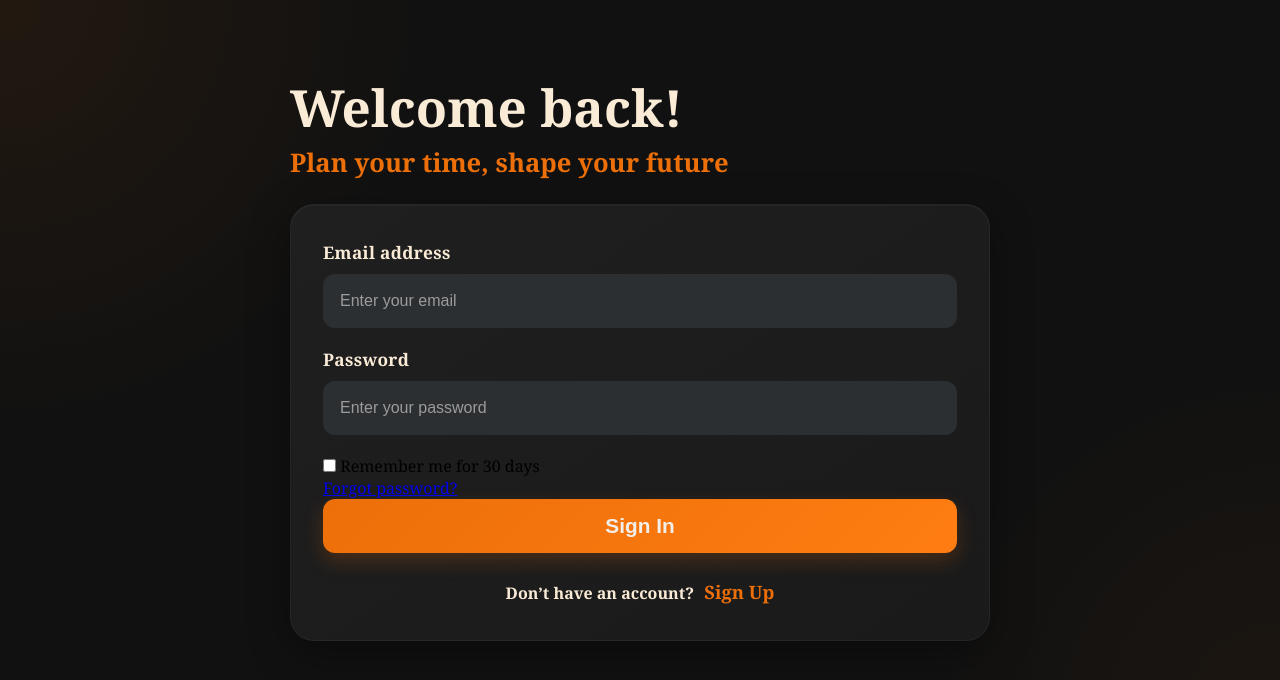
Repository: HaifaBaderBinDuhaim/web
Page: Frontend/logIn.html
The author's editor kept a copy of each file at every save. The page is drawn from the files as they stood at one save, then again after the next save.
The browser window is 1280 px wide. The pictures show the whole page.

Above is the page before, as saved 2026-04-10 20:53:21.

### Frontend/logIn.html
<!doctype html>
<html lang="en">
  <head>
    <meta charset="UTF-8" />
    <meta name="viewport" content="width=device-width, initial-scale=1.0" />
    <title>Smart Study Planner - Login</title>
    <link rel="stylesheet" href="styleLogin.css" />
  </head>
  <body class="body">
    <article class="register">
      <div class="heading">
        <h1 class="header1">Welcome back!</h1>
        <h3 class="quote">Plan your time, shape your future</h3>
      </div>

      <section class="background">
        <form class="form">
          <div class="input-group">
            <label for="email" class="labels">Email address</label>
            <input
              id="email"
              name="email"
              type="email"
              placeholder="Enter your email"
              class="whiteButton"
            />
          </div>

          <div class="input-group">
            <label for="password" class="labels">Password</label>
            <input
              id="password"
              name="password"
              type="password"
              placeholder="Enter your password"
              class="whiteButton"
            />
          </div>

          <div class="options-row">
            <div class="remember-box">
              <input type="checkbox" id="reminder" />
              <label for="reminder" class="remember-text"
                >Remember me for 30 days</label
              >
            </div>

            <a href="#" class="forgot-password">Forgot password?</a>
          </div>

          <button type="button" class="button" onclick="goToPage()">
            Sign In
          </button>
        </form>

        <h5 class="account-text">
          Don’t have an account?
          <a href="register.html" target="_blank" class="sign-up">Sign Up</a>
        </h5>
      </section>
    </article>

    <script>
      function goToPage() {
        window.location.href = "courses2.html";
      }
    </script>
  </body>
</html>

### Frontend/styleLogin.css
* {
  margin: 0;
  padding: 0;
  box-sizing: border-box;
}

/* =========================================================
   LOGIN + REGISTER PAGES
========================================================= */
body,
.body {
  min-height: 100vh;
  display: flex;
  justify-content: center;
  align-items: center;
  background:
    radial-gradient(
      circle at top left,
      rgba(236, 111, 9, 0.08),
      transparent 30%
    ),
    radial-gradient(
      circle at bottom right,
      rgba(236, 111, 9, 0.05),
      transparent 25%
    ),
    #111111;
  padding: 40px 20px;
  font-family: Georgia, "Times New Roman", serif;
}

.register {
  width: 100%;
  max-width: 700px;
}

.heading {
  margin-bottom: 24px;
}

.header1 {
  color: antiquewhite;
  font-size: clamp(2.2rem, 4vw, 3.7rem);
  margin-bottom: 10px;
  line-height: 1.1;
}

.quote {
  color: #ec6f09;
  font-size: clamp(1.1rem, 2vw, 1.7rem);
  font-weight: 600;
}

.background {
  width: 100%;
  background: linear-gradient(145deg, #1f1f1f, #1a1a1a);
  border-radius: 24px;
  padding: 36px 32px;
  box-shadow:
    0 12px 40px rgba(0, 0, 0, 0.35),
    inset 0 1px 0 rgba(255, 255, 255, 0.03);
  border: 1px solid rgba(255, 255, 255, 0.04);
}

.form {
  width: 100%;
}

.input-group {
  margin-bottom: 20px;
}

.labels {
  display: block;
  margin-bottom: 10px;
  color: antiquewhite;
  font-weight: bold;
  font-size: 1.08rem;
  letter-spacing: 0.3px;
}

.whiteButton {
  width: 100%;
  min-height: 54px;
  background-color: #2c2f31;
  border-radius: 12px;
  border: 1px solid transparent;
  color: antiquewhite;
  padding: 0 16px;
  font-size: 1rem;
  transition: 0.25s ease;
}

.whiteButton::placeholder {
  color: #9b9b9b;
}

.whiteButton:focus {
  outline: none;
  border: 1px solid #ec6f09;
  box-shadow: 0 0 0 4px rgba(236, 111, 9, 0.12);
  background-color: #313436;
}

.check-row {
  display: flex;
  align-items: center;
  gap: 10px;
  margin: 8px 0 26px;
  flex-wrap: wrap;
}

.check-row input[type="checkbox"] {
  width: 18px;
  height: 18px;
  accent-color: #ec6f09;
  cursor: pointer;
}

.check-label {
  color: antiquewhite;
  font-size: 0.98rem;
  cursor: pointer;
}

.button {
  width: 100%;
  background: linear-gradient(135deg, #ec6f09, #ff7d12);
  padding: 15px 20px;
  border: none;
  border-radius: 12px;
  color: rgb(242, 239, 235);
  font-size: 1.3rem;
  font-weight: bold;
  cursor: pointer;
  transition: 0.25s ease;
  margin-bottom: 20px;
  box-shadow: 0 8px 20px rgba(236, 111, 9, 0.22);
}

.button:hover {
  transform: translateY(-2px);
  box-shadow: 0 12px 24px rgba(236, 111, 9, 0.28);
}

.button:active {
  transform: translateY(0);
}

.account-text {
  text-align: center;
  color: antiquewhite;
  font-size: 1rem;
  margin-top: 6px;
}

.sign-up {
  font-size: 1.15rem;
  text-decoration: none;
  color: #ec6f09;
  font-weight: bold;
  margin-left: 6px;
}

.sign-up:hover {
  text-decoration: underline;
  color: #ff8d2f;
}

/* Tablet */
@media (max-width: 768px) {
  .register {
    max-width: 580px;
  }

  .background {
    padding: 28px 22px;
    border-radius: 20px;
  }

  .button {
    font-size: 1.15rem;
  }
}

/* Mobile */
@media (max-width: 480px) {
  body,
  .body {
    padding: 24px 14px;
  }

  .header1 {
    font-size: 2rem;
  }

  .quote {
    font-size: 1rem;
  }

  .background {
    padding: 22px 16px;
    border-radius: 18px;
  }

  .labels {
    font-size: 1rem;
  }

  .whiteButton {
    min-height: 48px;
    font-size: 0.95rem;
  }

  .button {
    font-size: 1.05rem;
    padding: 13px;
  }

  .account-text {
    font-size: 0.95rem;
  }

  .sign-up {
    font-size: 1rem;
  }
}

/* =========================================================
   SIDEBAR
========================================================= */
.body-sidebare {
  background-color: #111111;
  font-family: Arial, sans-serif;
  min-height: 100vh;
  padding: 30px;
}

.sidebar {
  width: 260px;
  min-height: 100vh;
  background-color: #1e1e1e;
  color: white;
  padding: 25px 18px;
  border-radius: 20px;
}

.logo {
  display: flex;
  align-items: center;
  gap: 12px;
  margin-bottom: 35px;
  font-size: 28px;
  font-weight: bold;
}

.logo svg {
  width: 22px;
  height: 22px;
  color: #b197fc;
}

.menu {
  display: flex;
  flex-direction: column;
  gap: 8px;
}

.item {
  display: flex;
  align-items: center;
  gap: 12px;
  padding: 12px 14px;
  border-radius: 12px;
  cursor: pointer;
  transition: 0.3s;
  color: #d1d1d1;
}

.item:hover {
  background-color: #2a2a2a;
  color: white;
}

.item svg {
  width: 20px;
  height: 20px;
}

.link {
  text-decoration: none;
  color: antiquewhite;
  font-size: 1rem;
}

.link:hover {
  text-decoration: underline;
  font-size: 1rem;
}

After the next save:
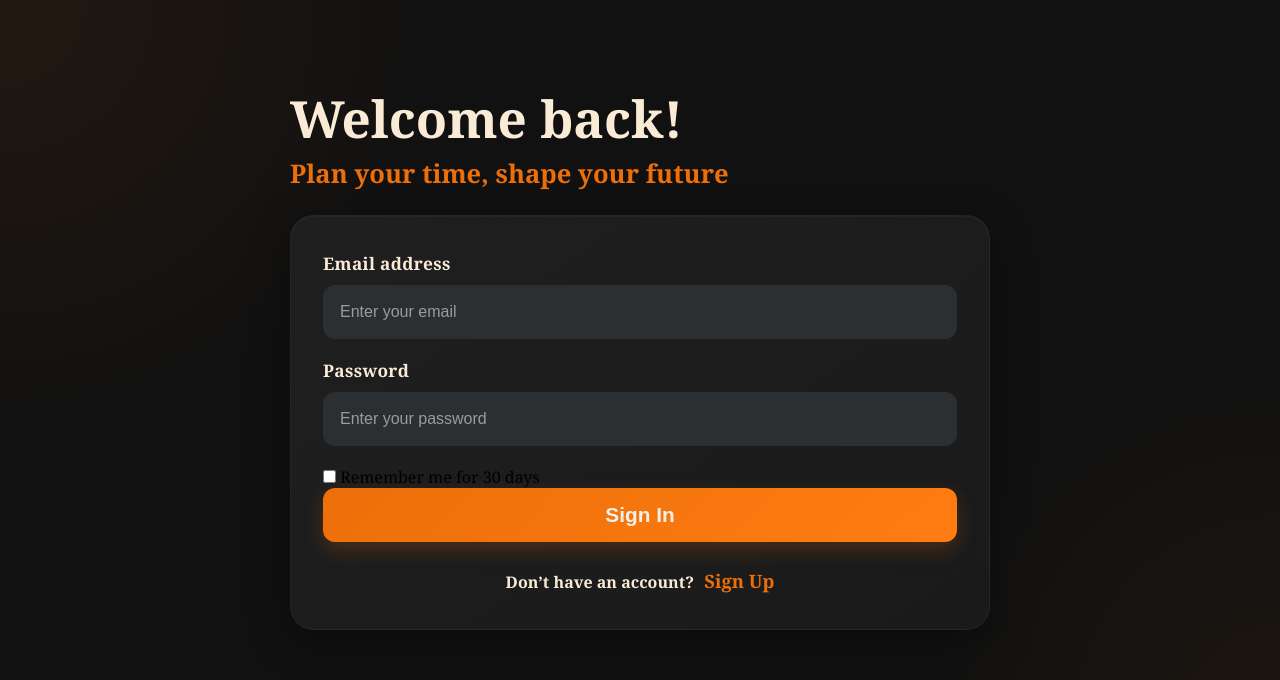
Saved 94 s later.
--- a/Frontend/logIn.html
+++ b/Frontend/logIn.html
@@ -45,7 +45,7 @@
               >
             </div>
 
-            <a href="#" class="forgot-password">Forgot password?</a>
+            <!-- <a href="#" class="forgot-password">Forgot password?</a> -->
           </div>
 
           <button type="button" class="button" onclick="goToPage()">
